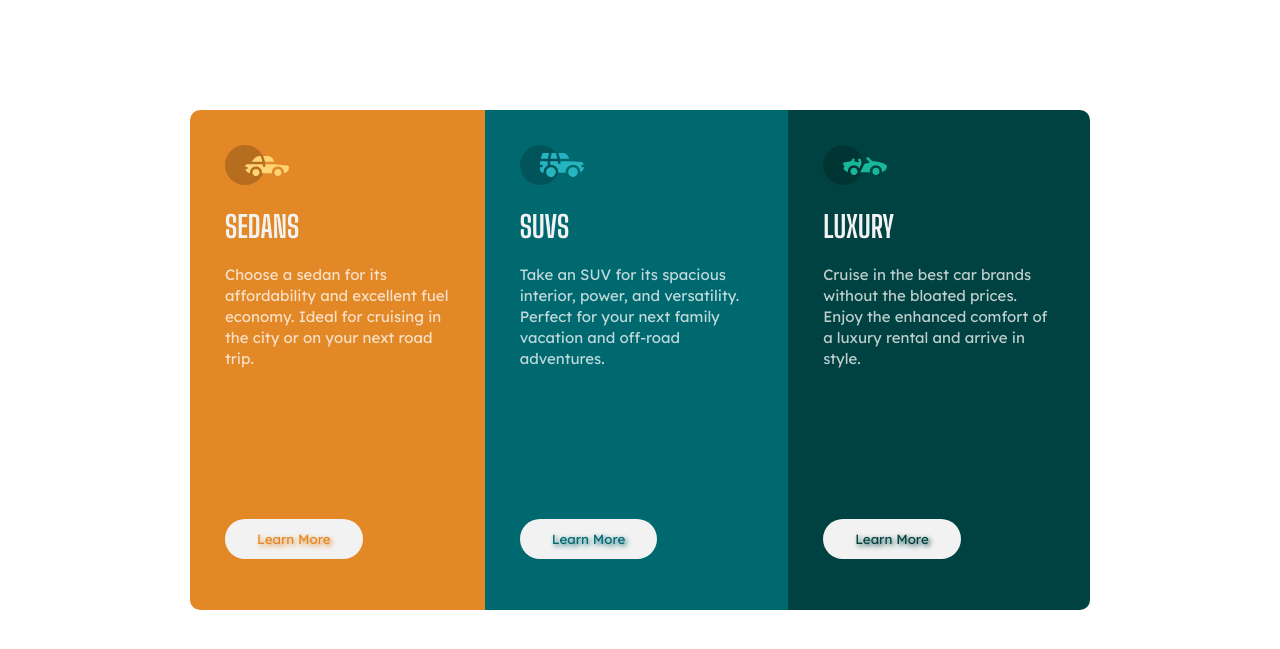
Repository: thaibaocoder1/3-column-card
Page: index.html
The author's editor kept a copy of each file at every save. The page is drawn from the files as they stood at one save, then again after the next save.
The browser window is 1280 px wide. The pictures show the whole page.

Above is the page before, as saved 2023-01-11 21:15:50.

### index.html
<!DOCTYPE html>
<html lang="en">
<head>
  <meta charset="UTF-8">
  <meta name="viewport" content="width=device-width, initial-scale=1.0">
  <link rel="icon" type="image/png" sizes="32x32" href="./images/favicon-32x32.png">
  <title>Frontend Mentor | 3-column preview card component</title>
  <link rel="preconnect" href="https://fonts.googleapis.com">
  <link rel="preconnect" href="https://fonts.gstatic.com" crossorigin>
  <link href="https://fonts.googleapis.com/css2?family=Big+Shoulders+Display:wght@700&family=Lexend+Deca&display=swap" rel="stylesheet">
  <link rel="stylesheet" href="./styles.css">
</head>
<body>

  <main class="container">
    <div class="container__box container__box--one">
      <img src="./images/icon-sedans.svg" alt="" class="container--image">
      <h1 class="container--heading">Sedans</h1>
      <p class="container--content">
        Choose a sedan for its affordability and excellent fuel economy. Ideal for cruising in the city
        or on your next road trip.
      </p>
      <button class="container--btn container--btn-one">Learn More</button>
    </div>

    <div class="container__box container__box--two">
      <img src="./images/icon-suvs.svg" alt="" class="container--image">
      <h1 class="container--heading">Suvs</h1>
      <p class="container--content">
        Take an SUV for its spacious interior, power, and versatility. Perfect for your next family vacation
        and off-road adventures.
      </p>
      <button class="container--btn container--btn-two">Learn More</button>
    </div>

    <div class="container__box container__box--three">
      <img src="./images/icon-luxury.svg" alt="" class="container--image">
      <h1 class="container--heading">Luxury</h1>
      <p class="container--content">
        Cruise in the best car brands without the bloated prices. Enjoy the enhanced comfort of a luxury
        rental and arrive in style.
      </p>
      <button class="container--btn container--btn-three">Learn More</button>
    </div>
  </main>


</body>
</html>

### styles.css
* {
    margin: 0;
    padding: 0;
    box-sizing: border-box;
}
html {
    font-size: 62.5%;
}
body {
    text-rendering: optimizeLegibility;
    scroll-behavior: smooth;
    font-family: 'Big Shoulders Display', cursive;
    font-family: 'Lexend Deca', sans-serif;
    display: flex;
    align-items: center;
    justify-content: center;
    min-height: calc(100vh - 1px);
}
:root {
    --bright-orange: hsl(31, 77%, 52%);
    --dark-cyan: hsl(184, 100%, 22%);
    --very-dark-cyan: hsl(179, 100%, 13%);
    --white-p:  hsla(0, 0%, 100%, 0.75);
    --light-gray: hsl(0, 0%, 95%);
}
.container {
    max-width: 90rem;
    height: 50rem;
    margin: 0 auto;
    display: flex;
    align-items: stretch;
    justify-content: center;
}
.container .container__box {
    padding: 3.5rem;
}
.container .container__box--one {
    background-color: var(--bright-orange);
    border-radius: 1rem 0 0 1rem;
}
.container .container__box--two {
    background-color: var(--dark-cyan);
}
.container .container__box--three {
    background-color: var(--very-dark-cyan);
    border-radius: 0 1rem 1rem 0;
}
.container__box .container--heading {
    color: var(--light-gray);
    font-family: 'Big Shoulders Display', cursive;
    text-transform: uppercase;
    font-size: 3rem;
    margin: 2rem 0;
    font-weight: 500;
}
.container__box .container--content {
    color: var(--white-p);
    margin-bottom: 15rem;
    font-size: 1.5rem;
    line-height: 1.4;
}
.container__box .container--btn {
    padding: 1.2rem 3.2rem;
    border: none;
    border-radius: 2rem;
    background-color: var(--light-gray);
    cursor: pointer;
    transition: all 0.25s linear;
}
.container__box .container--btn-one {
    color: var(--bright-orange);
    font-family: 'Lexend Deca', sans-serif;
    font-weight: 500;
    text-shadow: 2px 2px 5px var(--bright-orange);
}
.container__box .container--btn-two {
    color: var(--dark-cyan);
    font-family: 'Lexend Deca', sans-serif;
    font-weight: 500;
    text-shadow: 2px 2px 5px var(--dark-cyan);
}
.container__box .container--btn-three {
    color: var(--very-dark-cyan);
    font-family: 'Lexend Deca', sans-serif;
    font-weight: 500;
    text-shadow: 2px 2px 5px var(--very-dark-cyan);
}
.container__box .container--btn:hover {
    background-color: transparent;
    color: #fff;
}

After the next save:
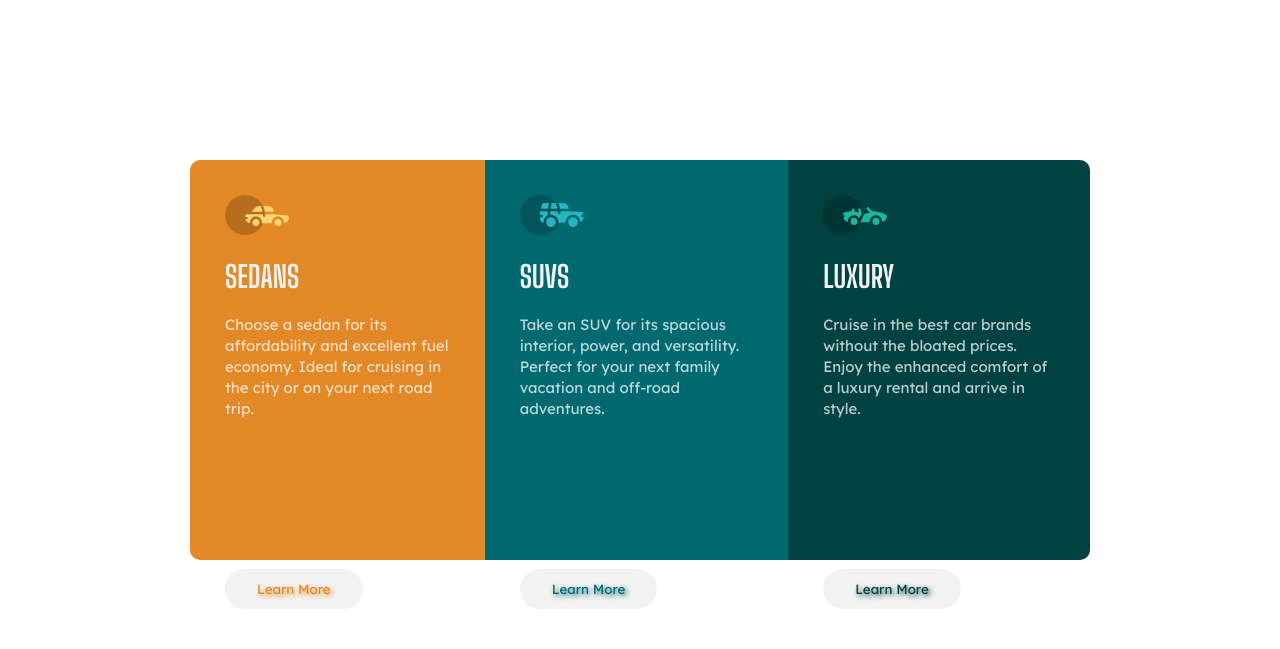
Saved 27 s later.
--- a/styles.css
+++ b/styles.css
@@ -25,7 +25,7 @@
 }
 .container {
     max-width: 90rem;
-    height: 50rem;
+    height: 40rem;
     margin: 0 auto;
     display: flex;
     align-items: stretch;
